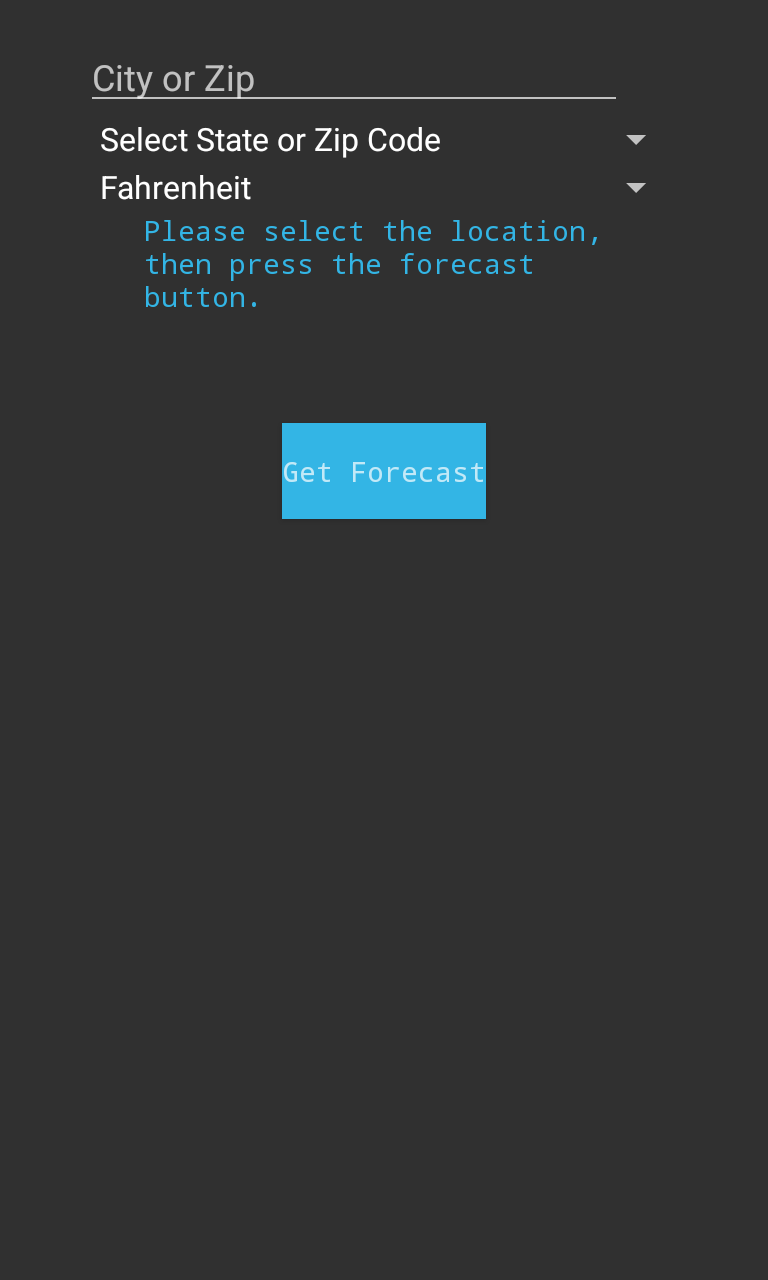
Repository: g80349/Java1
Layout: Week4/Weather/res/layout/activity_main.xml
An editor plug-in stored every save of this project. The layout is shown before and after the next save, followed by the edit.
It is drawn on a 768 x 1280 px phone screen (xhdpi) without system bars, with theme Theme.AppCompat; the app's code is not run.

Above is the layout before, as saved 2014-04-30 23:24:54.

### Week4/Weather/res/layout/activity_main.xml
<RelativeLayout xmlns:android="http://schemas.android.com/apk/res/android"
    xmlns:tools="http://schemas.android.com/tools"
    android:layout_width="match_parent"
    android:layout_height="match_parent"
    android:paddingBottom="@dimen/activity_vertical_margin"
    android:paddingLeft="@dimen/activity_horizontal_margin"
    android:paddingRight="@dimen/activity_horizontal_margin"
    android:paddingTop="@dimen/activity_vertical_margin"
    tools:context="com.example.weather.MainActivity$PlaceholderFragment" >

    <EditText
        android:id="@+id/edit_city"
        android:layout_width="300dp"
        android:layout_height="wrap_content"
        android:layout_alignLeft="@+id/state"
        android:layout_alignRight="@+id/forecast"
        android:hint="@string/cityText" />

    <Spinner
        android:id="@+id/state"
        android:layout_width="300dp"
        android:layout_height="wrap_content"
        android:layout_below="@+id/edit_city"
        android:layout_centerHorizontal="true"
        android:entries="@array/state_array" />

    <Spinner
        android:id="@+id/measurement"
        android:layout_width="300dp"
        android:layout_height="wrap_content"
        android:layout_alignLeft="@+id/state"
        android:layout_below="@+id/state"
        android:entries="@array/measurement_array" />

    <TextView
        android:id="@+id/forecast"
        android:layout_width="240dp"
        android:layout_height="wrap_content"
        android:layout_below="@+id/measurement"
        android:layout_centerHorizontal="true"
        android:text="@string/forecast_text"
        style="@style/textStyle"/>

    <Button
        android:id="@+id/enter"
        android:layout_width="wrap_content"
        android:layout_height="wrap_content"
        android:layout_below="@+id/forecast"
        android:layout_centerHorizontal="true"
        android:layout_marginTop="54dp"
        android:hint="@string/enter_button"
        android:onClick="onClick"
        style="@style/buttonStyle"/>

</RelativeLayout>

### Week4/Weather/res/values/strings.xml
<?xml version="1.0" encoding="utf-8"?>
<resources>

    <string name="app_name">Weather</string>
    <string name="forecast_text">Please select the location, then press the forecast button.</string>
    <string name="action_settings">Settings</string>

    <string name="cityText">City or Zip</string>
    <string-array name="state_array">
        <item>Select State or Zip Code</item>
        <item>Zip Code</item>
        <item>AL</item>
        <item>AK</item>
        <item>AZ</item>
        <item>AR</item>
        <item>CA</item>
        <item>CO</item>
        <item>CT</item>
        <item>DE</item>
        <item>FL</item>
        <item>GA</item>
        <item>HI</item>
        <item>ID</item>
        <item>IL</item>
        <item>IN</item>
        <item>IA</item>
        <item>KS</item>
        <item>KY</item>
        <item>LA</item>
        <item>ME</item>
        <item>MD</item>
        <item>MA</item>
        <item>MI</item>
        <item>MN</item>
        <item>MS</item>
        <item>MO</item>
        <item>MT</item>
        <item>NE</item>
        <item>NV</item>
        <item>NH</item>
        <item>NJ</item>
        <item>NM</item>
        <item>NY</item>
        <item>NC</item>
        <item>ND</item>
        <item>OH</item>
        <item>OK</item>
        <item>OR</item>
        <item>PA</item>
        <item>RI</item>
        <item>SC</item>
        <item>SD</item>
        <item>TN</item>
        <item>TX</item>
        <item>UT</item>
        <item>VT</item>
        <item>VA</item>
        <item>WA</item>
        <item>WV</item>
        <item>WI</item>
        <item>WY</item>
    </string-array>
    <string-array name="measurement_array">
        <item>Fahrenheit</item>
        <item>Celcius</item>
    </string-array>

    <string name="enter_button">Get Forecast</string>

</resources>

### Week4/Weather/res/values/styles.xml
<resources>

    <!--
        Base application theme, dependent on API level. This theme is replaced
        by AppBaseTheme from res/values-vXX/styles.xml on newer devices.
    -->
    <style name="AppBaseTheme" parent="Theme.AppCompat.Light">
        <!--
            Theme customizations available in newer API levels can go in
            res/values-vXX/styles.xml, while customizations related to
            backward-compatibility can go here.
        -->
    </style>

    <!-- Application theme. -->
  <!--  <style name="AppTheme" parent="AppBaseTheme">
         All customizations that are NOT specific to a particular API-level can go here. -->
        <style name="textStyle" parent="@style/Theme.AppCompat">
			<item name="android:layout_width">fill_parent</item>
			<item name="android:layout_height">wrap_content</item>
			<item name="android:textColor">#33B5E5</item>
			<item name="android:typeface">monospace</item>
		</style>
		<style name="buttonStyle" parent="@style/Theme.AppCompat">
		    <item name="android:layout_width">fill_parent</item>
			<item name="android:layout_height">wrap_content</item>
			<item name="android:background">#33B5E5</item>
			<item name="android:typeface">monospace</item>
		</style>
    <!--</style>-->

</resources>

Loaded but not shown: Week4/Weather/res/values/dimens.xml (common file); Week4/Weather/res/values-w820dp/dimens.xml (common file)

After the next save:
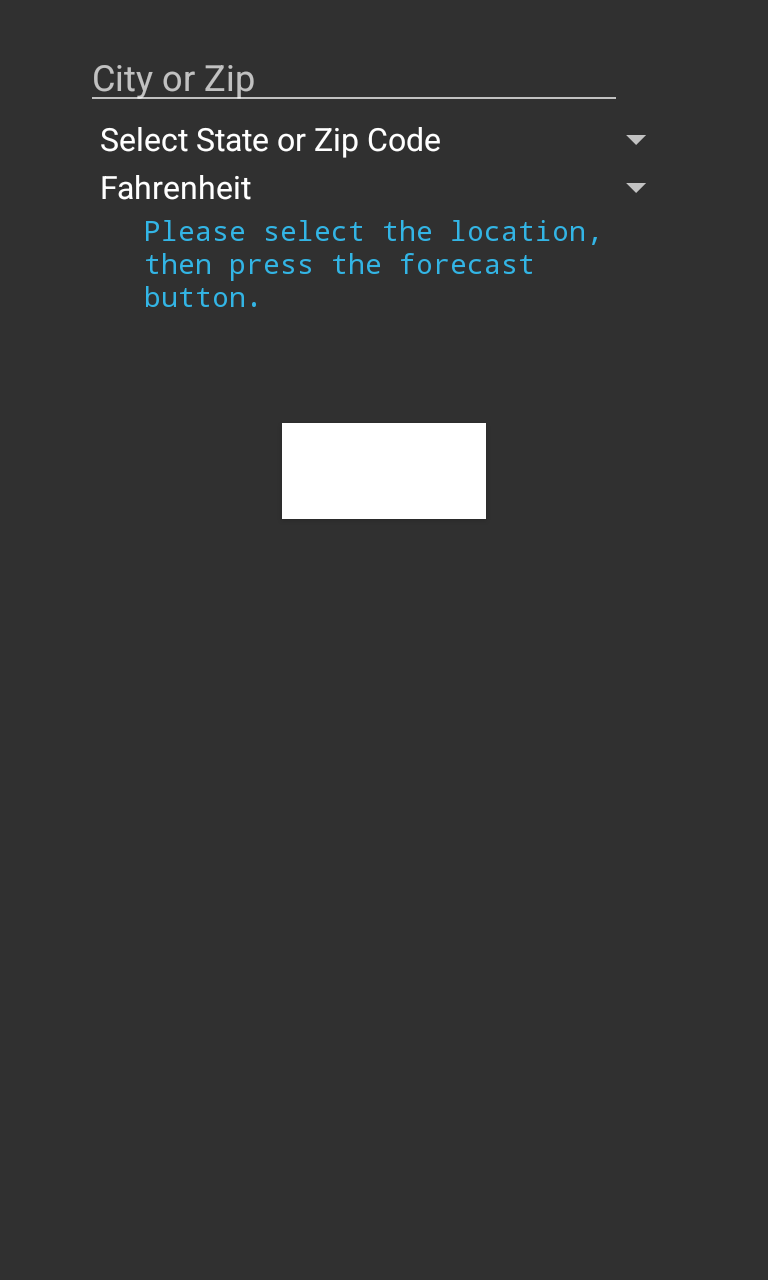
Saved 2 min 38 s later.
--- a/Week4/Weather/res/values/styles.xml
+++ b/Week4/Weather/res/values/styles.xml
@@ -1,4 +1,4 @@
-<resources>
+<resources xmlns:android="http://schemas.android.com/apk/res/android">
 
     <!--
         Base application theme, dependent on API level. This theme is replaced
@@ -24,8 +24,9 @@
 		<style name="buttonStyle" parent="@style/Theme.AppCompat">
 		    <item name="android:layout_width">fill_parent</item>
 			<item name="android:layout_height">wrap_content</item>
-			<item name="android:background">#33B5E5</item>
+			<item name="android:background">#FFFFFF</item>
 			<item name="android:typeface">monospace</item>
+			<item name="android:textColor">#33B5E5</item>
 		</style>
     <!--</style>-->
 
